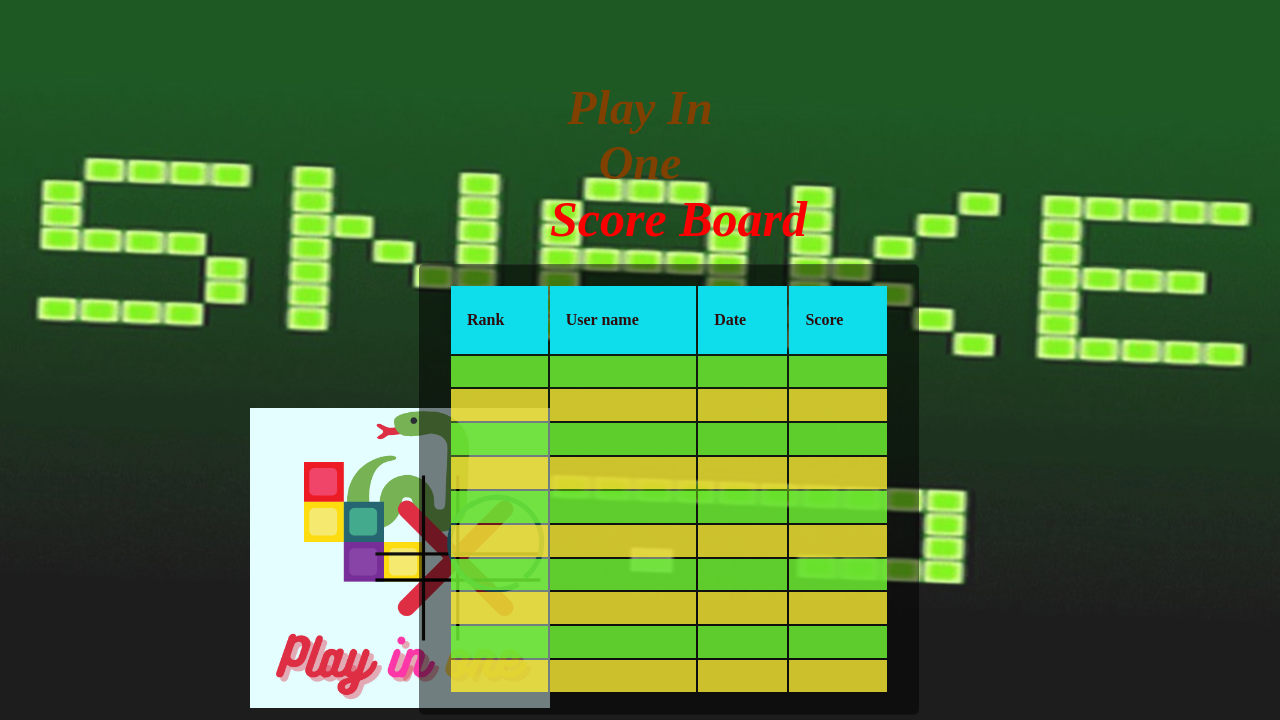
Repository: Syeda-Somiya-Tasnim/Game-Develepment-Project
Page: hs-snake.html
The author's editor kept a copy of each file at every save. The page is drawn from the files as they stood at one save, then again after the next save.
The browser window is 1280 px wide. The pictures show the whole page.

Above is the page before, as saved 2020-10-26 13:11:48.

After the next save:
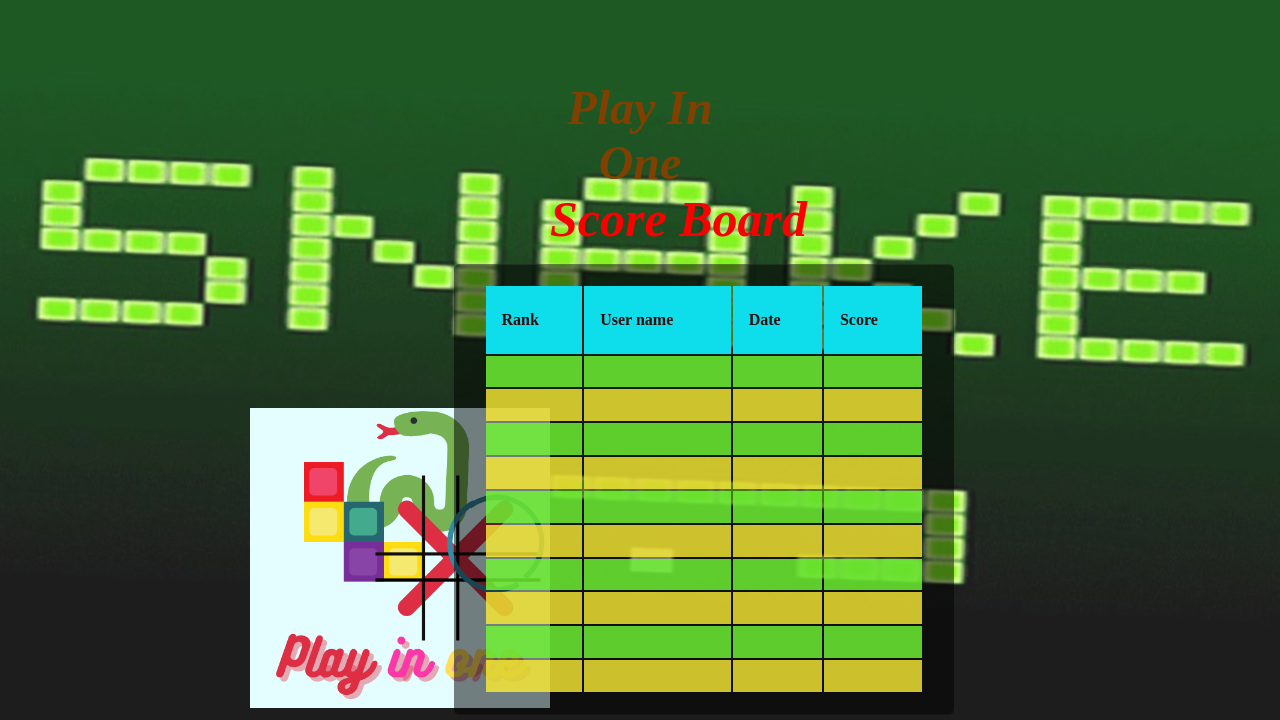
Saved 13 s later.
--- a/hs-snake.css
+++ b/hs-snake.css
@@ -18,7 +18,7 @@
 	height: 450px;
 	position: relative;
 	top: 70px;
-	right: 80%;
+	right: 70%;
 	margin: -184px 0px 0px -155px;
 	background: rgba(0,0,0,0.5);
 	padding: 20px 30px;
